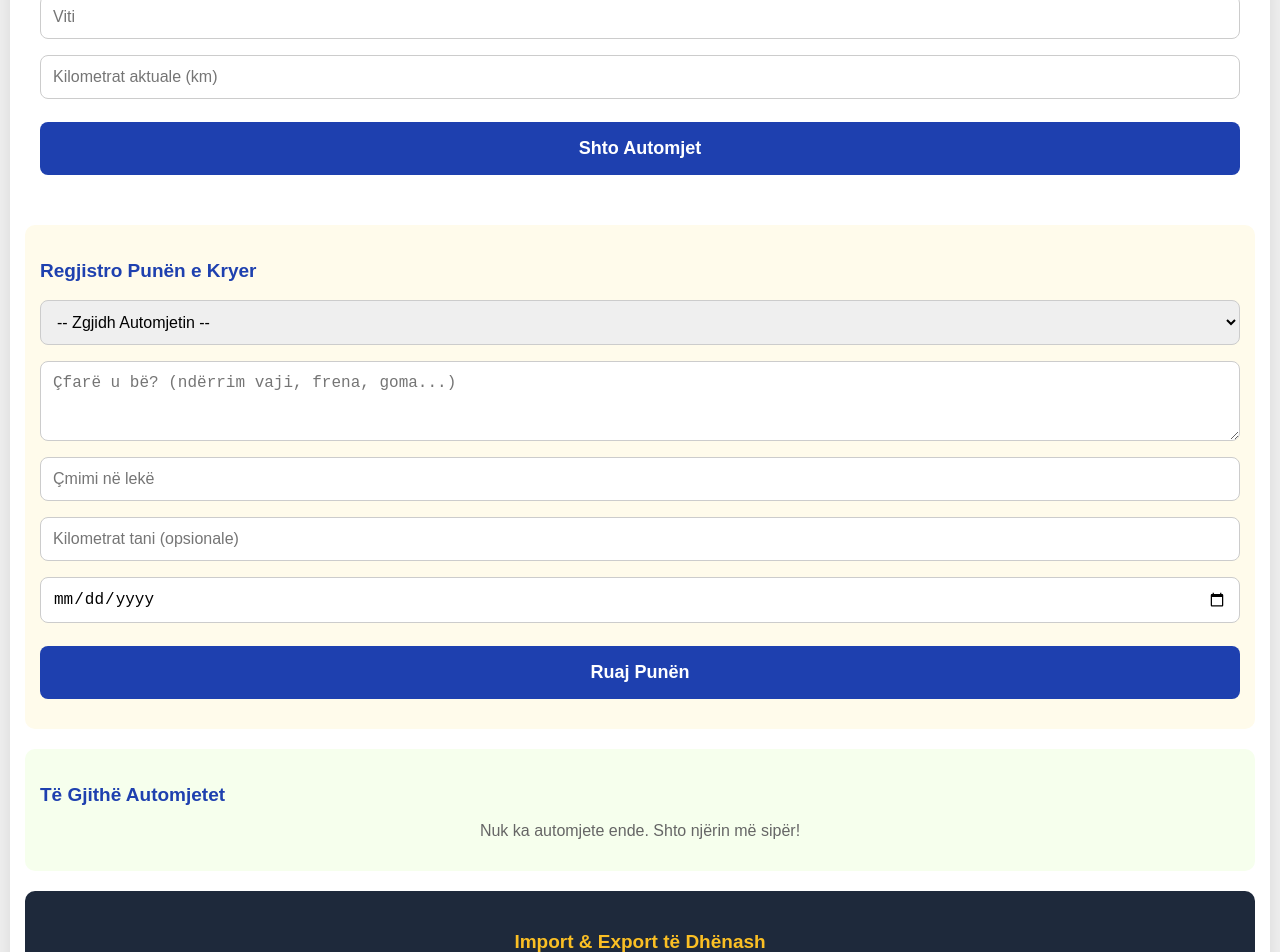
Repository: tjola/nerd_tuning_al
Page: index.html
The author's editor kept a copy of each file at every save. The page is drawn from the files as they stood at one save, then again after the next save.
The browser window is 1280 px wide. The pictures show the part of the page from y = 598 to 1550 px (the page is 2203 px tall).
A picture or video elsewhere on the page could not be fetched, so the positions and the page height are approximate.

Above is the page before, as saved 2025-12-01 14:45:29.

### index.html
<html lang="sq">
<head>
<meta charset="UTF-8">
<meta name="viewport" content="width=device-width, initial-scale=1.0">
<link rel="stylesheet" href="index.css">
<script src="index.js"></script>
<title>Nerd tuning AL</title>
</head>
<body>
<div class="container">
   <img src="/img/nerd_logo-removebg-preview.png" style="width: 200px;align-items: center;">

  <!-- Shto Automjet -->
  <div style="padding:15px; border-radius:10px; margin-bottom:20px;">
    <h2>Klient i ri</h2>
    <input type="text" id="clientName" placeholder="Emri i Klientit *" required>
    <input type="text" id="clientPhone" placeholder="Numri i Telefonit">
    <input type="text" id="carPlate" placeholder="Targa (p.sh. AA 123 BB) *" required>
    <input type="text" id="carVin" placeholder="VIN / Numri i Shasisë (17 karaktere)">
    <input type="text" id="carMake" placeholder="Marka">
    <input type="text" id="carModel" placeholder="Modeli">
    <input type="number" id="carYear" placeholder="Viti">
    <input type="number" id="carKm" placeholder="Kilometrat aktuale (km)">
    <button onclick="addCar()">Shto Automjet</button>
  </div>

  <!-- Regjistro Punë -->
  <div style="background:#fffbeb; padding:15px; border-radius:10px; margin-bottom:20px;">
    <h2>Regjistro Punën e Kryer</h2>
    <select id="workCarSelect"><option>-- Zgjidh Automjetin --</option></select>
    <textarea id="workDescription" placeholder="Çfarë u bë? (ndërrim vaji, frena, goma...)" rows="3"></textarea>
    <input type="number" id="workCost" placeholder="Çmimi në lekë" step="0.01">
    <input type="number" id="workKm" placeholder="Kilometrat tani (opsionale)">
    <input type="date" id="workDate">
    <button onclick="addWork()">Ruaj Punën</button>
  </div>

  <!-- Lista -->
  <div style="background:#f6ffed; padding:15px; border-radius:10px; margin-bottom:20px;">
    <h2>Të Gjithë Automjetet</h2>
    <div id="records">Nuk ka automjete ende...</div>
  </div>

  <!-- IMPORT / EXPORT -->
  <div style="text-align:center; padding:20px; background:#1e293b; color:white; border-radius:10px; margin:20px 0;">
    <h2 style="color:#fbbf24;">Import & Export të Dhënash</h2>
    <button class="btn-green" onclick="exportData()">EXPORT (Shkarko të gjitha të dhënat)</button>
    <button class="btn-red" onclick="document.getElementById('importFile').click()">
      IMPORT (Ngarko nga skedar)
    </button>
    <input type="file" id="importFile" style="display:none" accept=".txt,.json" onchange="importData(event)">
    <p style="margin:10px 0 0; font-size:14px;">
      Skedari ruhet si <strong>garazh-backup-dd-mm-yyyy.txt</strong>
    </p>
  </div>
</div>

<div class="footer">
  Garazh Auto © 2025 | Version për Celular | VIN + KM + Import/Export
</div>

<div align=center><a href='https://www.counter12.com'><img src='https://www.counter12.com/img-9ZdC2yDa50aBZZ10-3.gif' border='0' alt='counter'></a><script type='text/javascript' src='https://www.counter12.com/ad.js?id=9ZdC2yDa50aBZZ10'></script></div>
</body>
</html>

### index.css
body {
  font-family: Arial, sans-serif;
  margin: 0;
  padding: 0;
  background: #f0f0f0;
}
.container {
  max-width: 100%;
  margin: 10px;
  padding: 15px;
  background: white;
  border-radius: 12px;
  box-shadow: 0 4px 20px rgba(0, 0, 0, 0.1);
}
h1 {
  text-align: center;
  color: #1e40af;
  margin: 10px 0 15px;
  font-size: 24px;
}
h2 {
  color: #1e40af;
  font-size: 19px;
  margin: 20px 0 10px;
}
input,
select,
textarea,
button {
  width: 100%;
  padding: 12px;
  margin: 8px 0;
  font-size: 16px;
  border: 1px solid #ccc;
  border-radius: 8px;
  box-sizing: border-box;
}
button {
  background: #1e40af;
  color: white;
  border: none;
  font-weight: bold;
  padding: 16px;
  margin: 15px 0;
  font-size: 18px;
}
.btn-green {
  background: #16a34a;
}
.btn-red {
  background: #dc2626;
}
.btn-cyan {
  background: #0d9488;
}
table {
  width: 100%;
  border-collapse: collapse;
  margin: 15px 0;
  font-size: 14px;
}
th,
td {
  border: 1px solid #999;
  padding: 10px;
  text-align: left;
}
th {
  background: #1e40af;
  color: white;
}
.work-item {
  background: #f3f4f6;
  padding: 10px;
  margin: 6px 0;
  border-radius: 6px;
  font-size: 14px;
}
.footer {
  text-align: center;
  padding: 20px;
  background: #1e40af;
  color: white;
  margin-top: 30px;
  border-radius: 0 0 12px 12px;
}

### index.js
let cars = [];

// Ngarko të dhënat kur hapet faqja
window.onload = () => {
  const saved = localStorage.getItem('garazh_v2');
  if (saved) {
    try { cars = JSON.parse(saved); }
    catch(e) { console.log("Të dhëna të vjetra të dëmtuara"); }
  }
  displayRecords();
  updateCarSelect();
};

// Ruaj në localStorage
function saveData() {
  localStorage.setItem('garazh_v2', JSON.stringify(cars));
}

// Shto automjet
function addCar() {
  const emri = document.getElementById('clientName').value.trim();
  const tel = document.getElementById('clientPhone').value.trim();
  const targa = document.getElementById('carPlate').value.trim().toUpperCase();
  const vin = document.getElementById('carVin').value.trim().toUpperCase();
  const km = document.getElementById('carKm').value || "0";

  if (!emri || !targa) return alert("Emri dhe Targa janë të detyrueshme!");

  if (cars.some(c => c.plate === targa)) return alert("Kjo targë ekziston tashmë!");

  cars.push({
    plate: targa,
    vin: vin || "—",
    make: document.getElementById('carMake').value.trim() || "—",
    model: document.getElementById('carModel').value.trim() || "—",
    year: document.getElementById('carYear').value || "—",
    km: parseInt(km) || 0,
    client: { name: emri, phone: tel || "—" },
    works: []
  });

  // Pastro formën
  "clientName clientPhone carPlate carVin carMake carModel carYear carKm".split(" ").forEach(id =>
    document.getElementById(id).value = ""
  );

  saveData();
  displayRecords();
  updateCarSelect();
  alert("Automjeti u shtua me sukses!");
}

// Shto punë
function addWork() {
  const targa = document.getElementById('workCarSelect').value;
  const pershkrim = document.getElementById('workDescription').value.trim();
  const cmimi = parseFloat(document.getElementById('workCost').value) || 0;
  const kmTani = document.getElementById('workKm').value;
  const data = document.getElementById('workDate').value || new Date().toISOString().split('T')[0];

  if (!targa || !pershkrim) return alert("Zgjidh automjetin dhe shkruaj punën!");

  const car = cars.find(c => c.plate === targa);
  car.works.push({
    date: data,
    description: pershkrim,
    cost: cmimi,
    km: kmTani ? parseInt(kmTani) : null
  });

  // Përditëso kilometrat aktuale të makinës nëse u plotësua
  if (kmTani) car.km = parseInt(kmTani);

  document.getElementById('workDescription').value = '';
  document.getElementById('workCost').value = '';
  document.getElementById('workKm').value = '';
  document.getElementById('workDate').value = '';

  saveData();
  displayRecords();
  alert("Puna u ruajt!");
}

// Përditëso dropdown
function updateCarSelect() {
  const sel = document.getElementById('workCarSelect');
  sel.innerHTML = '<option>-- Zgjidh Automjetin --</option>';
  cars.forEach(car => {
    const opt = new Option(`${car.plate} | ${car.vin.substring(0,8)}... | ${car.make} ${car.model} (${car.client.name})`, car.plate);
    sel.add(opt);
  });
}

// Shfaq tabelën
function displayRecords() {
  const div = document.getElementById('records');
  if (cars.length === 0) {
    div.innerHTML = "<p style='text-align:center; color:#666;'>Nuk ka automjete ende. Shto njërin më sipër!</p>";
    return;
  }

  let html = '<table><tr><th>Targa</th><th>VIN</th><th>Automjeti</th><th>Klienti</th><th>KM</th><th>Puna</th><th>Total</th></tr>';
  cars.forEach(car => {
    const total = car.works.reduce((s,w) => s + w.cost, 0).toFixed(0);
    let puna = car.works.length ? '' : '<em>Pa punë</em>';
    car.works.forEach(w => {
      const kmText = w.km ? ` (${w.km} km)` : '';
      puna += `<div class="work-item"><strong>${w.date}</strong>: ${w.description}${kmText} — ${w.cost} lekë</div>`;
    });
    html += `<tr>
      <td><strong>${car.plate}</strong></td>
      <td>${car.vin}</td>
      <td>${car.year} ${car.make} ${car.model}</td>
      <td>${car.client.name}<br><small>${car.client.phone}</small></td>
      <td>${car.km.toLocaleString()} km</td>
      <td>${puna}</td>
      <td><strong>${total} lekë</strong></td>
    </tr>`;
  });
  html += '</table>';
  div.innerHTML = html;
}

// EXPORT – shkarkon skedar të bukur të lexueshëm
function exportData() {
  let text = "GARAZH AUTO - TË DHËNAT E PLOTA\n";
  text += "Data: " + new Date().toLocaleString('sq-AL') + "\n";
  text += "=".repeat(50) + "\n\n";

  cars.forEach((car, i) => {
    text += `${i+1}. Targa: ${car.plate}\n`;
    text += `   VIN: ${car.vin}\n`;
    text += `   Automjeti: ${car.year} ${car.make} ${car.model}\n`;
    text += `   Klienti: ${car.client.name} | ${car.client.phone}\n`;
    text += `   Kilometrat aktuale: ${car.km.toLocaleString()} km\n`;
    text += `   Total i paguar: ${car.works.reduce((s,w)=>s+w.cost,0)} lekë\n`;
    text += `   Historia e punëve:\n`;
    if (car.works.length === 0) text += "      — Ende pa punë\n";
    else {
      car.works.forEach(w => {
        const km = w.km ? ` (${w.km} km)` : '';
        text += `      • ${w.date}: ${w.description}${km} — ${w.cost} lekë\n`;
      });
    }
    text += "-".repeat(40) + "\n\n";
  });

  const blob = new Blob([text], {type: 'text/plain;charset=utf-8'});
  const url = URL.createObjectURL(blob);
  const a = document.createElement('a');
  a.href = url;
  const date = new Date().toLocaleDateString('sq-AL').replace(/\//g, '-');
  a.download = `garazh-backup-${date}.txt`;
  a.click();
  URL.revokeObjectURL(url);
  alert("Të gjitha të dhënat u shkarkuan!");
}

// IMPORT – ngarkon nga skedari
function importData(e) {
  const file = e.target.files[0];
  if (!file) return;
  const reader = new FileReader();
  reader.onload = function(ev) {
    try {
      const content = ev.target.result;
      // Provo si JSON i vjetër
      try {
        cars = JSON.parse(content);
      } catch {
        // Nëse nuk është JSON, provo formatin e ri të lexueshëm (për momentin pranon vetëm JSON)
        alert("Përdor vetëm skedarët e shkarkuar nga ky program!");
        return;
      }
      saveData();
      displayRecords();
      updateCarSelect();
      alert("Të dhënat u importuan me sukses!");
    } catch(err) {
      alert("Gabim: Skedari nuk është i vlefshëm!");
    }
  };
  reader.readAsText(file);
}

After the next save:
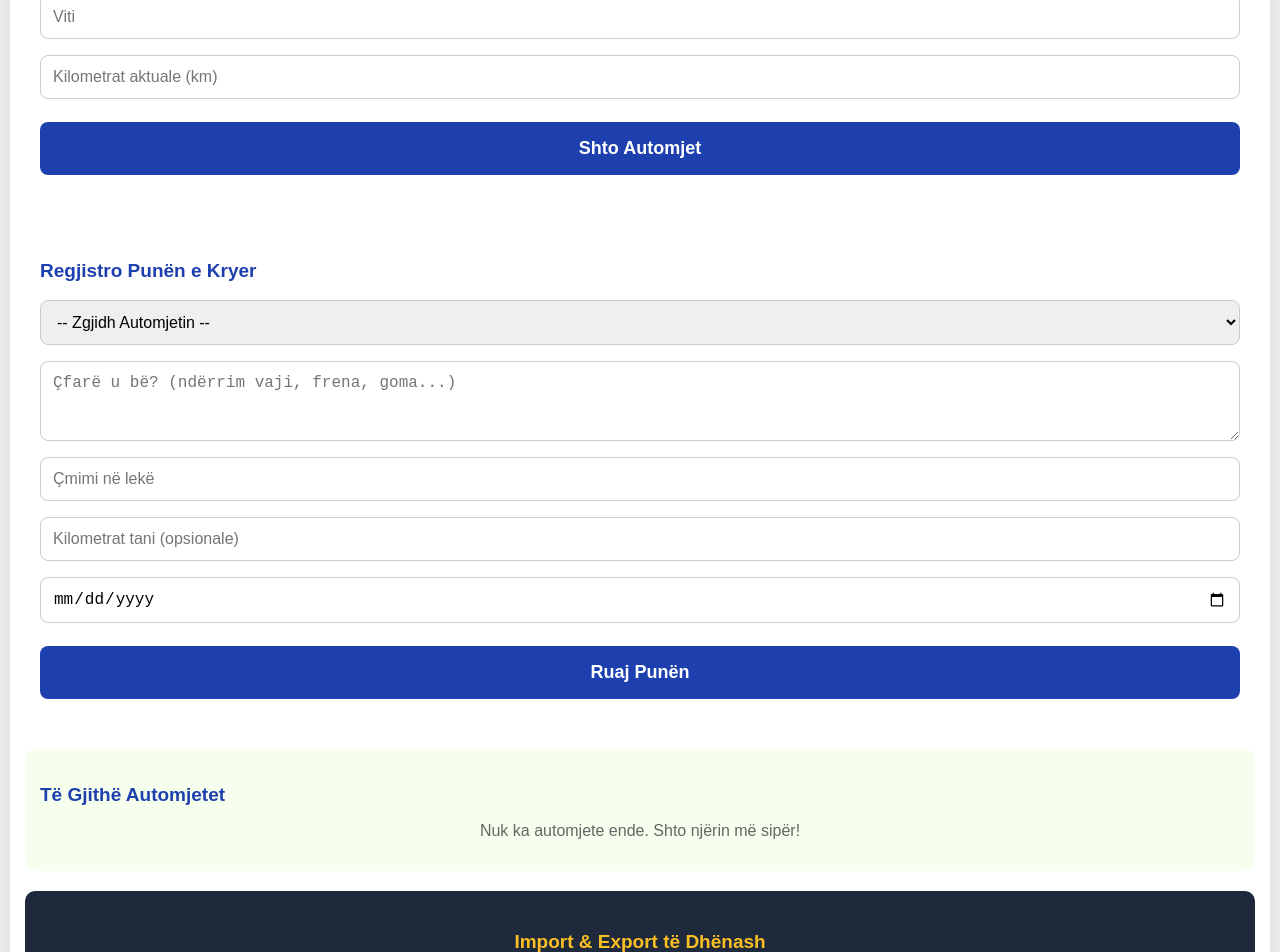
Saved 7 s later.
--- a/index.html
+++ b/index.html
@@ -25,7 +25,7 @@
   </div>
 
   <!-- Regjistro Punë -->
-  <div style="background:#fffbeb; padding:15px; border-radius:10px; margin-bottom:20px;">
+  <div style="padding:15px; border-radius:10px; margin-bottom:20px;">
     <h2>Regjistro Punën e Kryer</h2>
     <select id="workCarSelect"><option>-- Zgjidh Automjetin --</option></select>
     <textarea id="workDescription" placeholder="Çfarë u bë? (ndërrim vaji, frena, goma...)" rows="3"></textarea>
